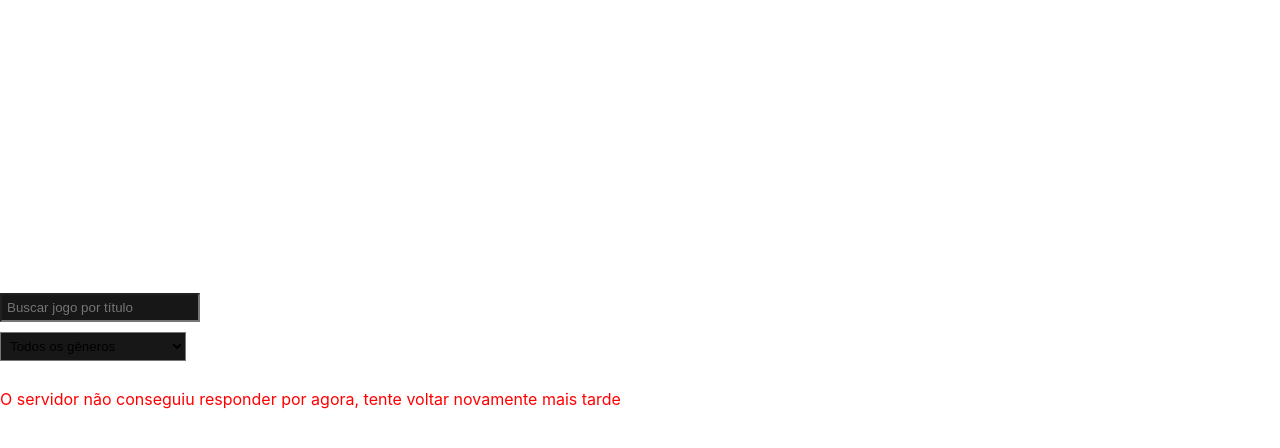
Repository: nlemuel/games-front-test
Page: /
The author's editor kept a copy of each file at every save. The page is drawn from the files as they stood at one save, then again after the next save.
The browser window is 1280 px wide. The pictures show the whole page.
The page's requests for data from a server got no answer. The project was rebuilt for these pictures with package versions that can differ from the ones it lists, and the page was loaded fresh each time. No one was signed in, and anything a server would have sent is missing. Also part of the build but not shown: vite.config.ts.

Above is the page before, as saved 2023-06-25 11:48:51.

After the next save:
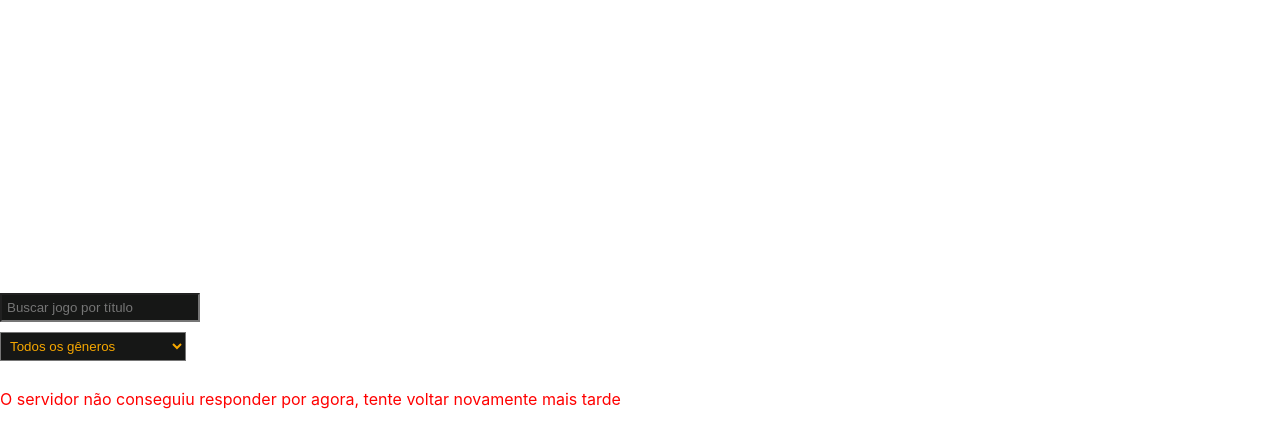
Saved 27 s later.
--- a/src/App.tsx
+++ b/src/App.tsx
@@ -66,6 +66,7 @@
   margin-bottom: 10px;
   padding: 5px;
 
+  color: #f6a700;
   background-color: #161716;
 `;
 

After the save that followed:
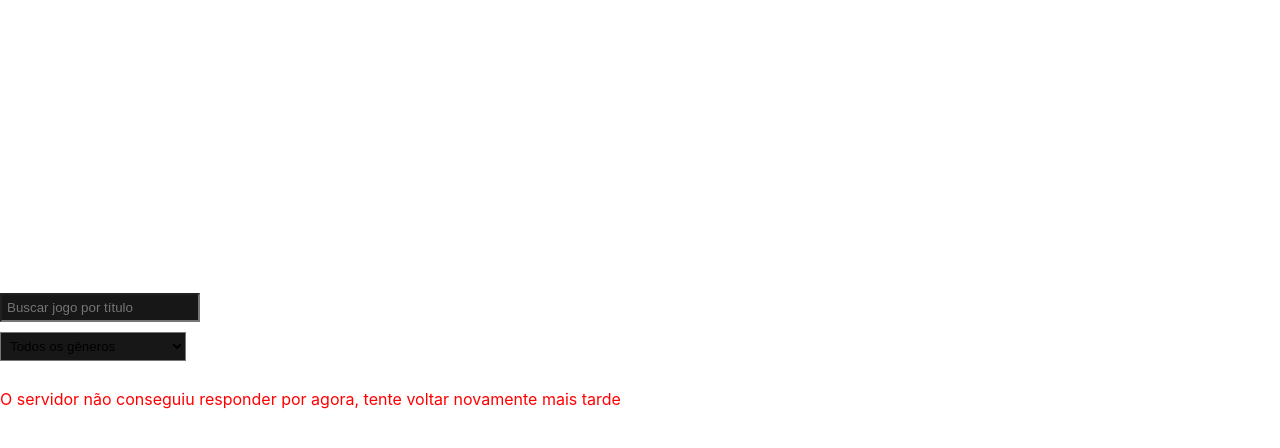
Saved 12 s later.
--- a/src/App.tsx
+++ b/src/App.tsx
@@ -66,7 +66,6 @@
   margin-bottom: 10px;
   padding: 5px;
 
-  color: #f6a700;
   background-color: #161716;
 `;
 
